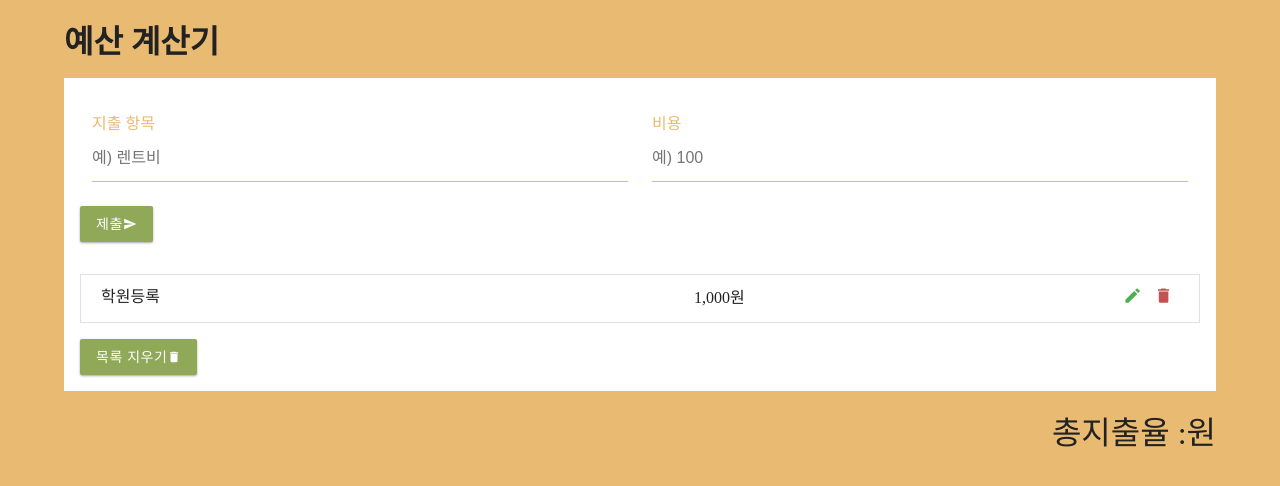
Repository: jongheonleee/budget_calculator
Page: /
An editor plug-in stored every save of this project. The page is shown before and after the next save, followed by the edit.
The browser window is 1280 px wide. The pictures show the whole page.
The project was rebuilt for these pictures with package versions that can differ from the ones it lists, and the page was loaded fresh each time.

Above is the page before, as saved 2025-02-08 13:14:17.

After the next save:
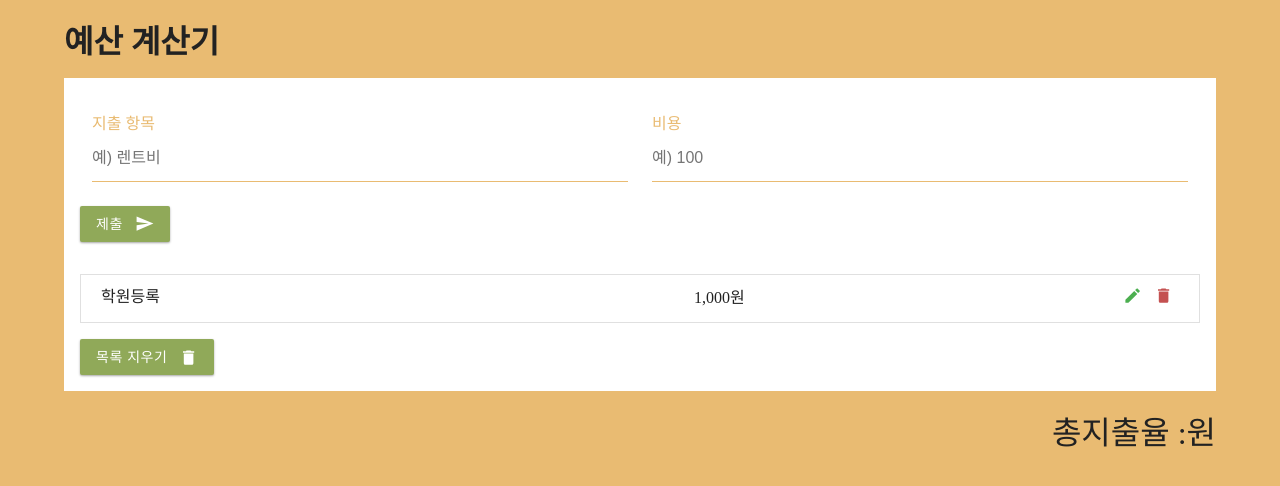
Saved 32 s later.
--- a/src/index.css
+++ b/src/index.css
@@ -45,3 +45,8 @@ h1 {
 .btn:hover {
   box-shadow : 0 14px 28px rgba(0, 0, 0, 0.25), 0 10px 10px rgba(0, 0, 0, 0.22);
 }
+
+.btn-icon {
+  margin-left: 0.75rem;
+  font-size : 1.2rem;
+}
